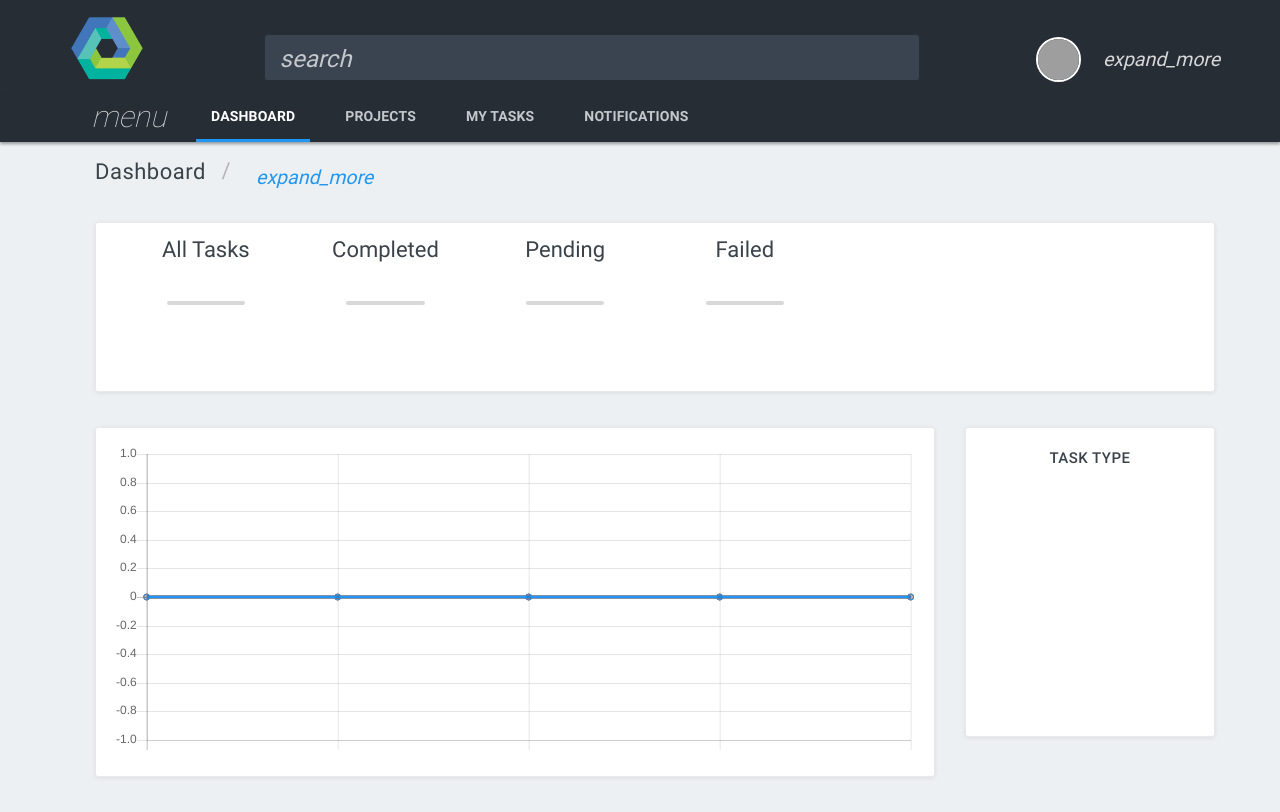
Repository: RenanChagas/ProjectManagement
Page: http://localhost/finalproject/WEB-INF/views/dashboard.jsp
The author's editor kept a copy of each file at every save. The page is drawn from the files as they stood at one save, then again after the next save.
The browser window is 1280 px wide. The pictures show the whole page.
Pictures or frames that could not be fetched are drawn as grey boxes. The page is served by Tomcat 9. Nobody is signed in. Other server files are loaded and not shown. The template is opened directly, without the code that normally fills it, so the values that code supplies are empty.

Above is the page before, as saved 2017-11-25 17:53:56.

### finalproject/src/main/webapp/WEB-INF/views/dashboard.jsp
<%@ page language="java" contentType="text/html; charset=ISO-8859-1" pageEncoding="ISO-8859-1"%>
<%@ taglib prefix="c" uri="http://java.sun.com/jsp/jstl/core"%>
<%@ taglib prefix="form" uri="http://www.springframework.org/tags/form"%>
<%@ taglib prefix="t" uri="http://www.springframework.org/tags"%>

<!DOCTYPE html>
<html lang="en">
<head>
  <meta http-equiv="Content-Type" content="text/html; charset=UTF-8"/>
  <meta name="viewport" content="width=device-width, initial-scale=1, maximum-scale=1.0"/>
  <title>Course Management</title>

  <!-- CSS  -->
  <link href="https://fonts.googleapis.com/icon?family=Material+Icons" rel="stylesheet">
  <link type="text/css" rel="stylesheet" media="screen,projection" href="<c:url value='/static/css/materialize.css' />"/>
  <link type="text/css" rel="stylesheet" media="screen,projection" href="<c:url value='/static/css/custom-css.css' />"/>

  <!--  Scripts-->
  <script src="<c:url value="/static/js/jquery-2.1.1.min.js" />"></script>
  <script src="<c:url value="/static/js/materialize.js" />"></script>
  <script src="<c:url value="/static/js/Chart.js" />"></script>
  <script src="<c:url value="/static/js/menu.js" />"></script>

  <!-- Website Logo -->
  <link rel="icon" href="<c:url value="/static/images/default/logo.png"/>">

  <script type="text/javascript">
	  $(document).ready(function() {

		  var completedTaskPerc = ${percCompletedTasks} + '%';
		  var percPendingTasks = ${percPendingTasks} + '%';
		  var percFailedTasks = ${percFailedTasks} + '%';

		  $('#completedTasks').attr('style','width: ' + completedTaskPerc);
		  $('#pendingTasks').attr('style','width: ' + percPendingTasks);
		  $('#failedTasks').attr('style','width: ' + percFailedTasks);

			//Window refresh
			if ($(window).width() <= 600) {
		      $("#MDC-dashboard-taskType").removeClass('right');
		  }

			if ($(window).width() >= 600) {
				$("#MDC-dashboard-taskType").addClass('right');
			}

	  });

	  $(window).resize(function() {
		  if ($(window).width() <= 600) {
		      $("#MDC-dashboard-taskType").removeClass('right');
		  }
		  else if ($(window).width() >= 600) {
				$("#MDC-dashboard-taskType").addClass('right');
			}
	  });
  </script>

</head>
<body>
<c:set var="contextPath" value="${pageContext.request.contextPath}"/>

	<!-- NAV TOP  -->
	<nav id="logo_nav" class="MDC-navbar-style MDC-shadow-0 hide-on-small-and-down">
    	<div class="nav-wrapper MDC-nav-margin">
    		<!--  NAV CONTAINER -->
      		<div class="row MDC-nav-top-container ">

        	<!-- Logo -->
        	<div class="col s12 m3 l2">
          		<div class="MDC-nav-logo-position">
          			<img src="<c:url value="/static/images/default/logo.png"/>" class="MDC-nav-logo-size"/>
          		</div>
        	</div>

        	<!-- Search -->
        	<div class="col s12 m7 l7">
          		<div class="MDC-nav-search-position">
            	<form>
              		<div class="input-field">
                		<input id="search" type="search" class="MDC-nav-search-focus" required>
                		<label class="label-icon" for="search"><i class="material-icons MDC-nav-search-focus">search</i></label>
                  		<i class="material-icons MDC-nav-search-focus">close</i>
              		</div>
            	</form>
          		</div>
        	</div>

        	<!-- Avatar -->
        	<div class="col s12 m2 l3">
          		<div class="MDC-nav-account-position">
	            	<!-- Dropdown Trigger -->
	            	<a class="dropdown-button " data-beloworigin="true"
	               		href='#' data-activates='account-dropdown'>
	               		<div class="MDC-nav-account-option-position hide-on-med-and-down">
	                		 <i class="material-icons MDC-icon-small MDC-color-grey-light">expand_more</i>
	               		</div>
	               		<span class="MDC-login-text MDC-nav-account-text-position
	               					MDC-color-grey-light hide-on-med-and-down">
	                 	${user.username}
	               		</span>
	               		<img src="<c:url value="/static/images/avatar/${user.username}/${user.username}.png"/>"
	               				class="MDC-avatar-circle-small mdc-nav-avatar-position"/>
	            	</a>
	            	<!-- Dropdown Structure -->
	            	<ul id='account-dropdown' class='dropdown-content MDC-nav-account-dropdown-position'>
	              		<li><a id="profile" class="modal-trigger MDC-color-grey-dark-2 MDC-font-15" href="${contextPath}/profile">Profile</a></li>
	              		<li class="divider"></li>
	              		<li><a class="MDC-color-grey-dark-2 MDC-font-15" href="${contextPath}/logout">Logout</a></li>
	            	</ul>
          		</div>
        	</div>

			</div>
			<!--  NAV CONTAINER - END-->
		</div>
	</nav>
	<!-- NAV TOP - END -->

  <!-- NAV MENU  -->
  <div class="MDC-menu-fullWidth">
    <div class="MDC-shadow-bottom">
      <header class="MDC-shadow-bottom">
        <nav id="menu_nav" class="MDC-navbar-menu-size MDC-navbar-style MDC-shadow-0 MDC-nav-margin">
          <div class="nav-wrapper MDC-nav-margin MDC-left">
            <!-- MENU ROW -->
            <div class="row">
              <div class="col">
                <div class="MDC-nav-menu-container">

                  <ul id="nav-mobile" class="MDC-nav-menu-ul left left-align">
                    <a href="#" id="mobile-icon" onclick="openNav()" class="left MDC-padding-mobile-0
                    MDC-hover-none">
                      <i class="material-icons MDC-nav-tabs-icon MDC-color-grey-light">
                        menu
                      </i>
                    </a>
                    <li class="MDC-navbar-menu"><a class="active MDC-navbar-active" href="${contextPath}/dashboard">Dashboard</a></li>
                    <li class="MDC-navbar-menu"><a href="${contextPath}/projects">Projects</a></li>
                    <li class="MDC-navbar-menu"><a href="${contextPath}/myTasks">My Tasks</a></li>
                    <li class="MDC-navbar-menu"><a href="${contextPath}/notification">Notifications
                      </a>
                    </li>
                  </ul>
                  <div id="mySidenav" class="MDC-sidenav">
                    <a href="javascript:void(0)" class="MDC-closebtn" onclick="closeNav()">x</a>
                    <a href="${contextPath}/dashboard">Dashboard</a>
                    <a href="${contextPath}/projects">Projects</a>
                    <a href="${contextPath}/myTasks">My Tasks</a>
                    <a href="${contextPath}/notification">Notifications</a>
                    <a href="${contextPath}/profile">Profile</a>
                    <a href="${contextPath}/logout">Logout</a>
                  </div>

                </div>
              </div>
            </div>
            <!-- MENU ROW - END -->
          </div>
        </nav>
      </header>
    </div>
  </div>
  <!-- NAV MENU - END -->

  <!-- TITLE PAGE -->
  <div class="row  MDC-page-center MDC-page-container">
    <div class="col MDC-padding-0 left">
      <div class="MDC-page-title-size">
        <font class="MDC-h5-style MDC-color-grey-dark-2 MDC-display-inline hide-on-small-and-down">Dashboard</font>
        <font class="MDC-h5-style MDC-color-grey-light-2 MDC-display-inline MDC-relative
                     MDC-news-counterBar-position hide-on-small-and-down">/
        </font>
        <font class="MDC-h5-style MDC-color-blue MDC-display-inline">${user.username}</font>
        <i class="material-icons MDC-icon-small MDC-color-blue
                  MDC-news-expand-icon-position MDC-relative">expand_more</i>

      </div>
    </div>
  </div>
  <!-- TITLE PAGE - END -->

  <!-- RESUME CONTAINER -->
  <div class="MDC-page-center MDC-page-container">
    <!-- RESUME CONTENT -->







    <div class="row MDC-page-margin-top ">
      <div class="col l12 MDC-padding-0 MDC-margin-right40">
        <div class="MDC-card MDC-dashboard-card-size">
          <div class="MDC-card-news-container">

            <!-- All Courses -->
            <div class="col s12 m3 l2">
              <div class="row center">
                <font class="MDC-font-22 MDC-color-grey-dark-2">
                  All Tasks
                </font>
              </div>
              <div class="row center">
                <font class="MDC-font-60 MDC-font-bold MDC-color-grey">
                  ${completedTasks}
                </font>
                <div class="progress MDC-progressBar-50 MDC-margin-0 MDC-top15 MDC-background-grey-light">
                  <div id="completedTasks" class="determinate"></div>
                </div>
              </div>
            </div>

            <!-- Completed Courses -->
            <div class="col s12 m3 l2">
              <div class="row center">
                <font class="MDC-font-22 MDC-color-grey-dark-2">
                  Completed
                </font>
              </div>
              <div class="row center">
                <font class="MDC-font-60 MDC-font-bold MDC-color-grey ">
                  ${completedTasks}
                </font>
                <div class="progress MDC-progressBar-50 MDC-margin-0 MDC-top15 MDC-background-grey-light">
                  <div id="completedTasks" class="determinate"></div>
                </div>
              </div>
            </div>

            <!-- Missing Courses -->
            <div class="col s12 m3 l2">
              <div class="row center">
                <font class="MDC-font-22 MDC-color-grey-dark-2">
                  Pending
                </font>
              </div>
              <div class="row center">
                <font class="MDC-font-60 MDC-font-bold MDC-color-grey ">
                  ${pendingTasks}
                </font>
                <div class="progress MDC-progressBar-50 MDC-margin-0 MDC-top15 MDC-background-grey-light">
                  <div id="pendingTasks" class="determinate yellow darken-2"></div>
                </div>
              </div>
            </div>

            <!-- Overdue Courses -->
            <div class="col s12 m3 l2">
              <div class="row center">
                <font class="MDC-font-22 MDC-color-grey-dark-2">
                  Failed
                </font>
              </div>
              <div class="row center">
                <font class="MDC-font-60 MDC-font-bold MDC-color-grey ">
                  ${failedTasks}
                </font>
                <div class="progress MDC-progressBar-50 MDC-margin-0 MDC-top15 MDC-background-grey-light">
                  <div id="failedTasks" class="determinate red darken-1"></div>
                </div>
              </div>
            </div>

          </div>
        </div>
      </div>
    </div>
    <!-- RESUME CONTENT - END -->

    <!-- Graphics -->
    <div class="row">
      <div class="col l9 MDC-padding-0  hide-on-med-and-down left">
        <div class="MDC-card MDC-dashboardGraphics-card-size">
          <div class="MDC-card-news-container">

            <div>
                <canvas class="MDC-margin-top20 " id="chartjs-Months" width="100" height="320"></canvas>
            </div>
            <script type="text/javascript">


            new Chart(document.getElementById("chartjs-Months"), {

              type: 'line',
              data: {
                labels: ["" + "${months[4]}" + "", "" + "${months[3]}" + "", "" + "${months[2]}" + "", "" + "${months[1]}" + "", "" + "${months[0]}" + ""],
                datasets: [
                  {
                    label: "Tasks Completed",
                    borderColor: "#2196F3",
                    data: ["" + "${completedTasksNumber[4]}" + "","" + "${completedTasksNumber[3]}" + "","" + "${completedTasksNumber[2]}" + "","" + "${completedTasksNumber[1]}" + "", "" + "${completedTasksNumber[0]}" + ""],
                    fill: false,
                    lineTension: 0.2
                  },
                  {
                    label: "Tasks Failed",
                    borderColor: "#e53935",
                    data: ["" + "${failedTasksNumber[4]}" + "","" + "${failedTasksNumber[3]}" + "","" + "${failedTasksNumber[2]}" + "","" + "${failedTasksNumber[1]}" + "", "" + "${failedTasksNumber[0]}" + ""],
                    fill: false,
                    lineTension: 0.2
                  },
                  {
                    label: "Tasks Pending",
                    borderColor: "#fbc02d",
                    data: ["" + "${pendingTasksNumber[4]}" + "","" + "${pendingTasksNumber[3]}" + "","" + "${pendingTasksNumber[2]}" + "","" + "${pendingTasksNumber[1]}" + "", "" + "${pendingTasksNumber[0]}" + ""],
                    fill: false,
                    lineTension: 0.2
                  }
                ]
              },
              "options":{
                "legend": {
                  display: false
                },
                "responsive": true,
                "maintainAspectRatio": false,
                "scales": {
                  "xAxes": [{
                            "gridLines": {
                              display:true
                            }
                  }],
                  "yAxes": [{
                            "gridLines": {
                              display:true
                            }
                            }]
                  }
              }
            });

            </script>

          </div>
        </div>
      </div>

      <!-- Courses -->
      <div class="col s12 m6 l3 MDC-padding-0 right">
        <div id="MDC-dashboard-taskType" class="MDC-card MDC-course-card-size right MDC-dashboard-taskType MDC-dashboard-padding-bottom">

          <!-- Task Title -->
          <div class="row center MDC-margin-top10">
            <font class="truncate MDC-font-15 MDC-color-grey-dark-2 MDC-font-h1">
                Task Type
              </font>
          </div>

          <!-- Image -->
          <a href="#">
            <div class="row center MDC-margin-top20">
              <div class="MDC-margin-right20 MDC-margin-left20">
                  <canvas class="MDC-margin-top20 center" id="chartjs-doughnut" width="10" height="10"></canvas>
              </div>
              <script type="text/javascript">
              new Chart(document.getElementById("chartjs-doughnut"), {
                type: 'doughnut',
                data: {
                  labels: ["Bug", "Test"],
                  datasets: [ {
                    data: [
                      "" + "${taskTypeBug}" + "",
                      "" + "${taskTypeTest}" + ""
                    ],
                    backgroundColor: [
                    "#e53935",
                    "#00b39f",
                    ],
                    label: ""
                  }]
                },
                "options":{
                  "legend": {
                    display: false,
                    top: "50",
                    position: "bottom"
                  },
                  animation: {
                  animateScale: true,
                  animateRotate: true
                  }
                }
              });

              </script>
            </div>
          </a>

          <!-- Task Description -->
          <div class="row center MDC-margin-bottom-10">
            <font class="truncate MDC-font-16-2 MDC-color-grey MDC-font-h1
                        MDC-uppercase-none">
               ${months[0]}
            </font>
          </div>

        <!-- CARD END -->
        </div>
      </div>
      <!-- Courses END -->


    </div>


  </div>
  <!-- RESUME CONTAINER - END -->

</body>
</html>

Loaded but not shown: finalproject/src/main/webapp/static/css/materialize.css (library); finalproject/src/main/webapp/static/js/jquery-2.1.1.min.js (library); finalproject/src/main/webapp/static/js/materialize.js (library); finalproject/src/main/webapp/static/js/Chart.js (library); finalproject/src/main/webapp/static/js/menu.js (49 lines, source omitted); finalproject/src/main/webapp/static/css/custom-css.css (1593 lines, source omitted)

After the next save:
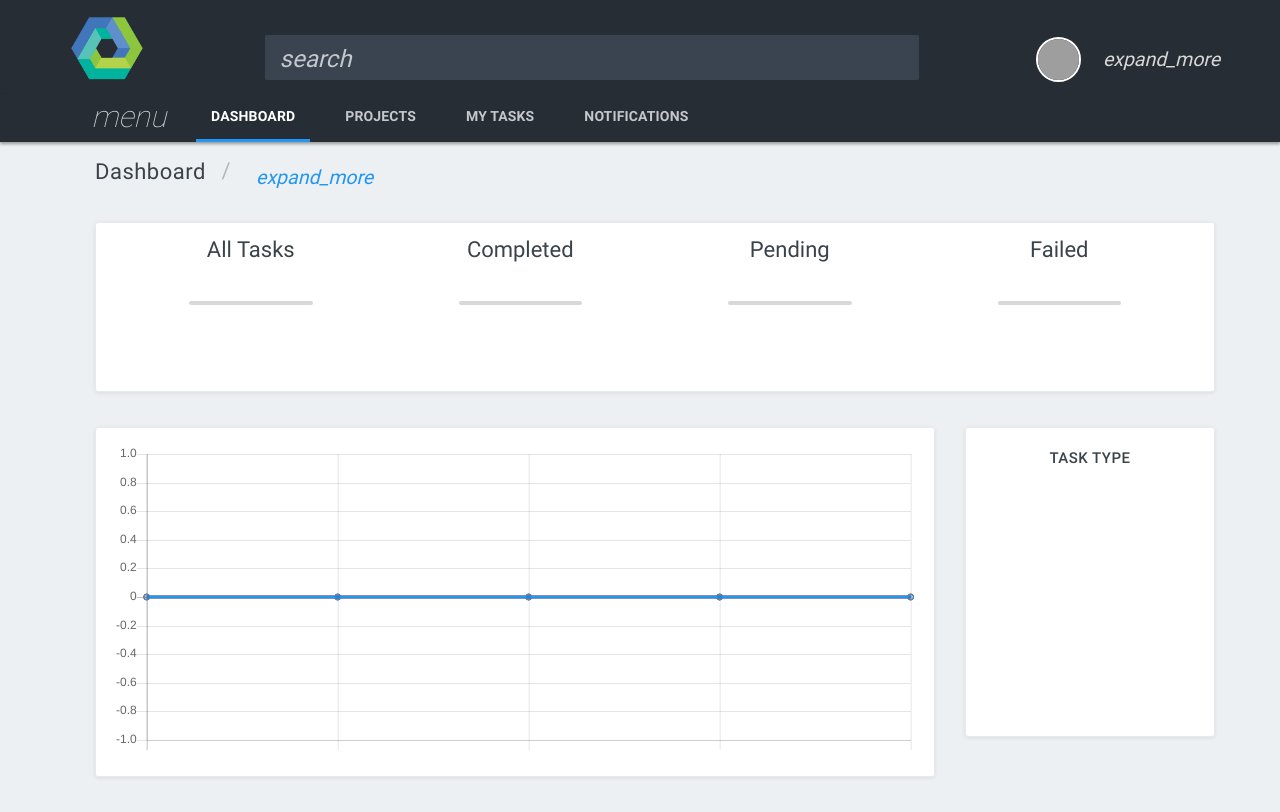
Saved 57 s later.
--- a/finalproject/src/main/webapp/WEB-INF/views/dashboard.jsp
+++ b/finalproject/src/main/webapp/WEB-INF/views/dashboard.jsp
@@ -190,13 +190,13 @@
 
 
 
-    <div class="row MDC-page-margin-top ">
+    <div class="row MDC-page-margin-top">
       <div class="col l12 MDC-padding-0 MDC-margin-right40">
         <div class="MDC-card MDC-dashboard-card-size">
           <div class="MDC-card-news-container">
 
             <!-- All Courses -->
-            <div class="col s12 m3 l2">
+            <div class="col s12 m3 l3">
               <div class="row center">
                 <font class="MDC-font-22 MDC-color-grey-dark-2">
                   All Tasks
@@ -213,7 +213,7 @@
             </div>
 
             <!-- Completed Courses -->
-            <div class="col s12 m3 l2">
+            <div class="col s12 m6 l3">
               <div class="row center">
                 <font class="MDC-font-22 MDC-color-grey-dark-2">
                   Completed
@@ -230,7 +230,7 @@
             </div>
 
             <!-- Missing Courses -->
-            <div class="col s12 m3 l2">
+            <div class="col s12 m6 l3">
               <div class="row center">
                 <font class="MDC-font-22 MDC-color-grey-dark-2">
                   Pending
@@ -247,7 +247,7 @@
             </div>
 
             <!-- Overdue Courses -->
-            <div class="col s12 m3 l2">
+            <div class="col s12 m6 l3">
               <div class="row center">
                 <font class="MDC-font-22 MDC-color-grey-dark-2">
                   Failed
